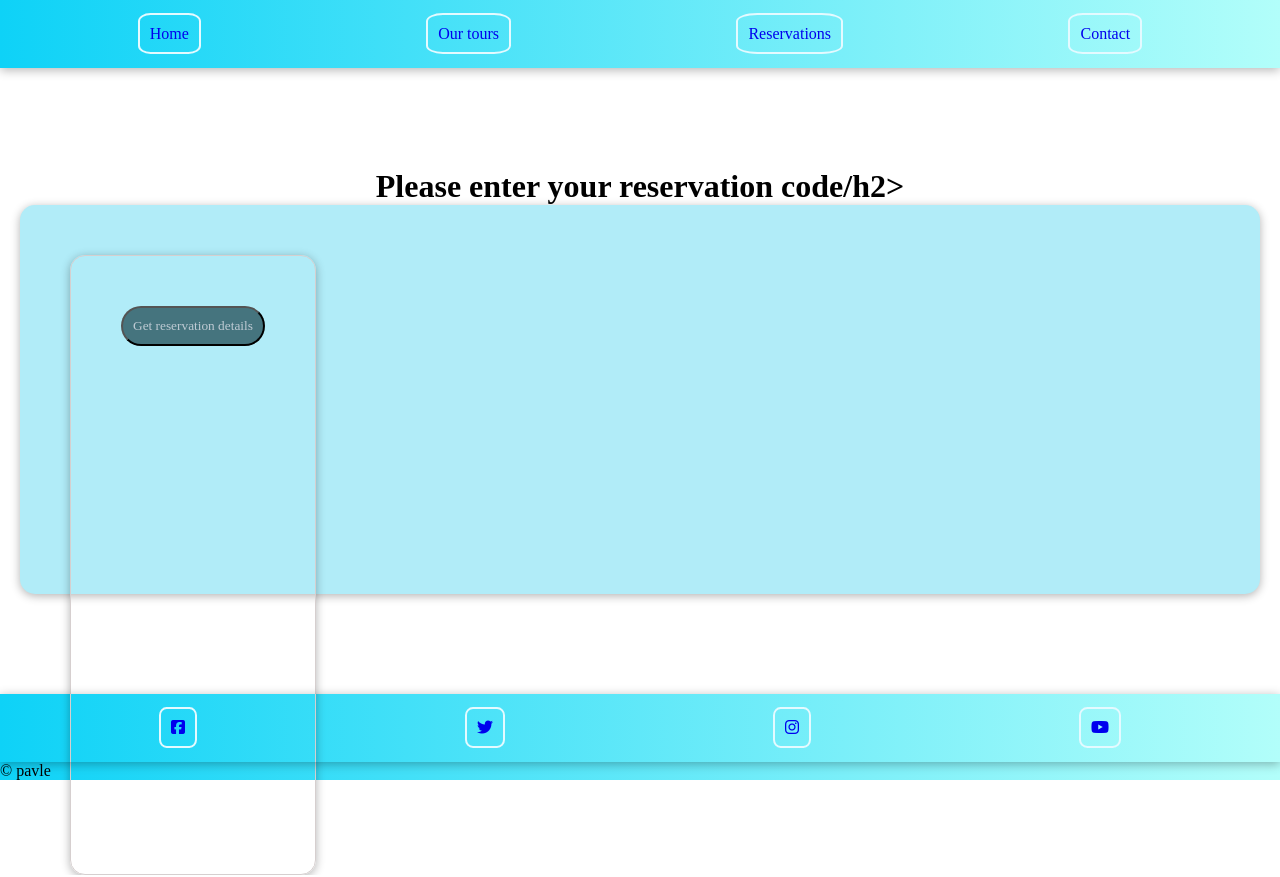
Repository: djpavle/tour_agency
Page: aplikacija/templates/aplikacija/checkReservation.html
An editor plug-in stored every save of this project. The page is shown before and after the next save, followed by the edit.
The browser window is 1280 px wide. The pictures show the whole page.
Some web fonts or font styles are not loaded; a fallback is used. Some web libraries are served in a nearby version. The page is served by the project's application, run on Django 3.2 (manage.py). The template is opened directly, without the code that normally fills it, so the values that code supplies are empty.

Above is the page before, as saved 2020-07-18 14:29:47.

After the next save:
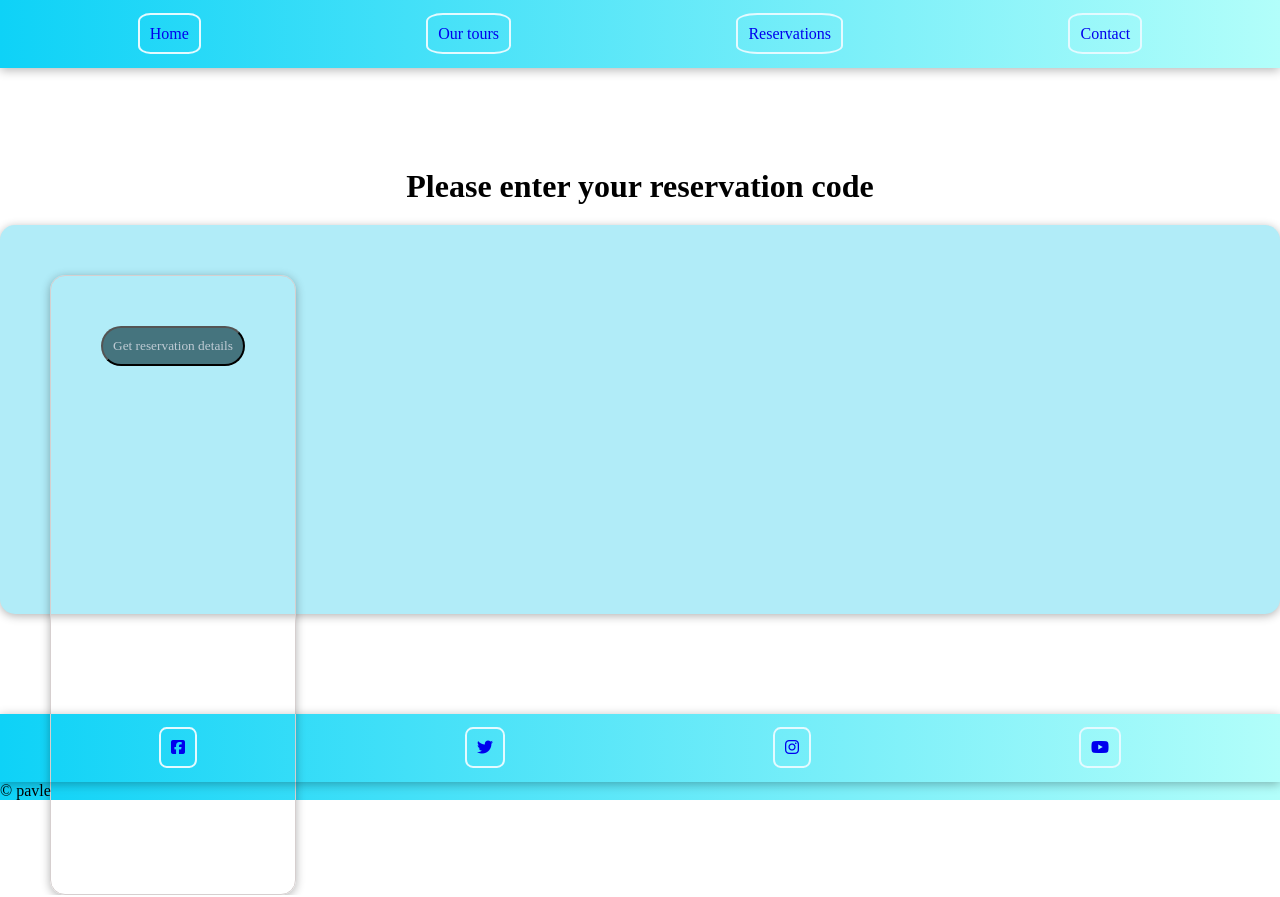
Saved 11 s later.
--- a/aplikacija/templates/aplikacija/checkReservation.html
+++ b/aplikacija/templates/aplikacija/checkReservation.html
@@ -1,7 +1,7 @@
 {% extends 'aplikacija/base.html' %}
 
 {% block content %}
-<h2 id="mostPopularTitle">Please enter your reservation code/h2>
+<h2 id="mostPopularTitle">Please enter your reservation code</h2>
 <div id=reservationMenu>
     <form method="POST" action="{% url 'reservation_details' %}" class="contactFormTab clientForm">
         {{infoMsg}}
